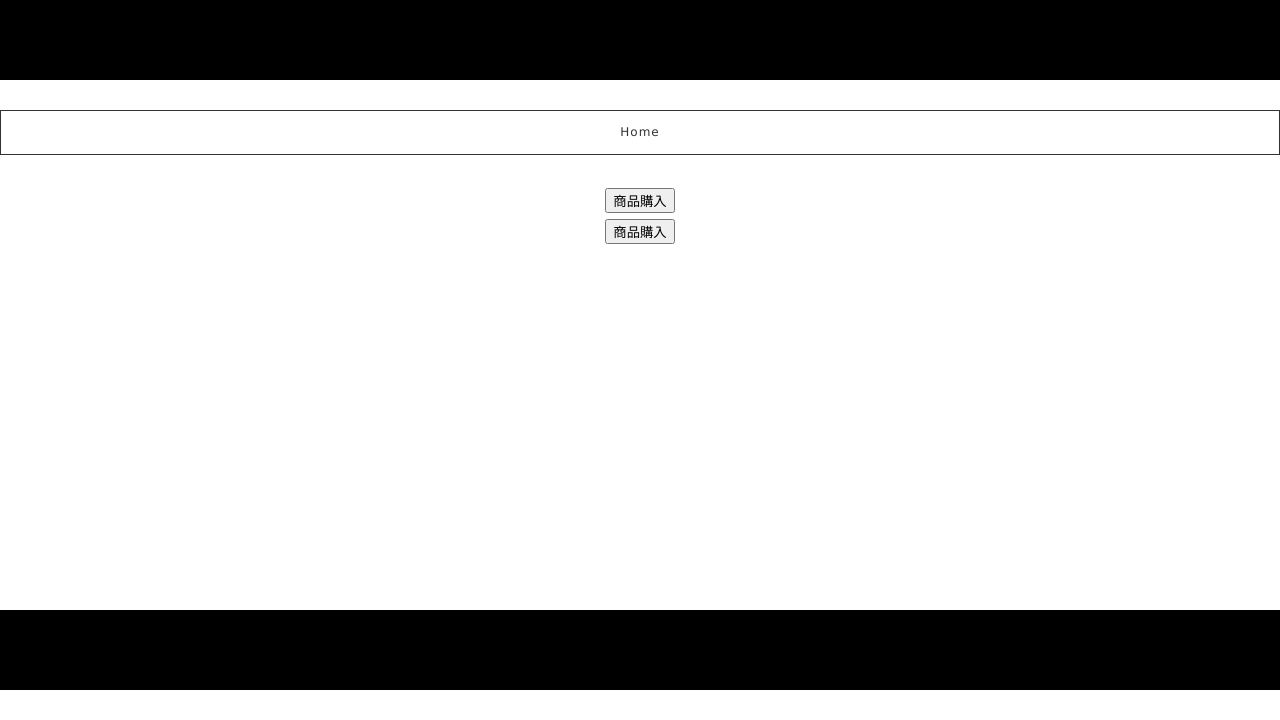
Repository: hirose0320/test
Page: http://localhost/ecsite/
The author's editor kept a copy of each file at every save. The page is drawn from the files as they stood at one save, then again after the next save.
The browser window is 1280 px wide. The pictures show the whole page.
The page is served by Tomcat 9. Other server files are loaded and not shown.

Above is the page before, as saved 2019-02-27 03:25:21.

### ecsite/WebContent/home.jsp
<%@ page language="java" contentType="text/html; charset=UTF-8"
	pageEncoding="UTF-8"%>
<%@ taglib prefix="s" uri="/struts-tags"%>
<!DOCTYPE html>
<html>
<head>
<meta http-equiv="Content-Type" content="text/html; charset=UTF-8" />
<meta http-equiv="Content-Style-Type" content="text/css" />
<meta http-equiv="Content-Script-Type" content="text/javascript" />
<meta http-equiv="imagetoolbar" content="no" />
<meta name="description" content="" />
<meta name="keywords" content="" />
<title>Home画面</title>

<style type="text/css">
body {
	margin: 0;
	padding: 0;
	line-height: 1.6;
	letter-spacing: 1px;
	font-family: Verdana, Helvetica, sans-serif;
	font-size: 12px;
	color: #333;
	background: #fff;
}

table {
	text-align: center;
	margin: 0 auto;
}

#top {
	width: 780ox;
	margin: 30px auto;
	border: 1px solid #333;
}

#header {
	width: 100%;
	height: 80px;
	background-color: black;
}

#main {
	width: 100%;
	height: 500px;
	text-align: center;
}

#footer {
	width: 100%;
	height: 80px;
	background-color: black;
	clear: both;
}

#text-center {
	display: inline-block;
	text-align: center;
}
</style>
</head>
<body>
	<div id="header">
		<div id="pr"></div>
	</div>
	<div id="main">
		<div id="top">
			<p>Home</p>
		</div>
		<div id="text-center">
			<s:form action="HomeAction">
				<s:submit value="商品購入" />
			</s:form>
			<s:form action="HomeAction">
				<s:submit value="商品購入" />
			</s:form>
			<s:if test="#session.id !=null">
				<p>
					ログアウトする場合は <a href='<s:url action="LogoutAction"/>'>こちら</a>
				</p>
			</s:if>
		</div>
	</div>
	<div id="footer">
		<div id="pr"></div>
	</div>
</body>
</html>

After the next save:
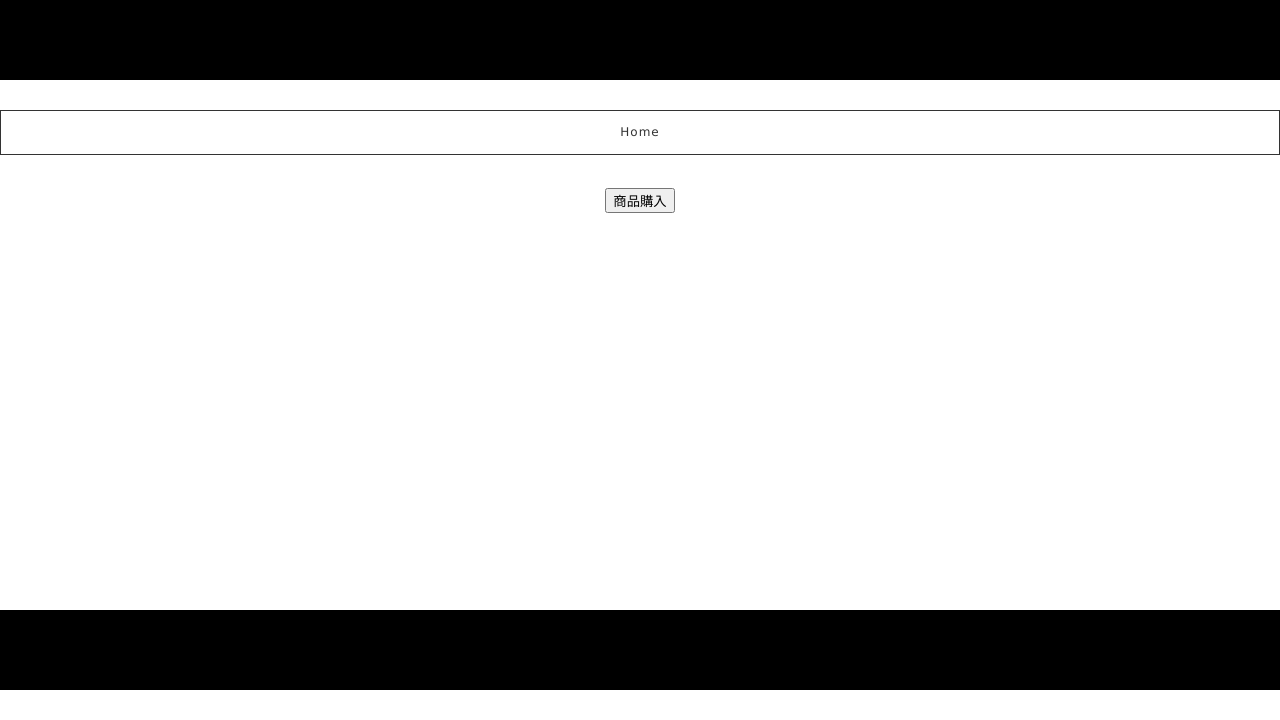
Saved 35 min 30 s later.
--- a/ecsite/WebContent/home.jsp
+++ b/ecsite/WebContent/home.jsp
@@ -72,9 +72,6 @@
 			<s:form action="HomeAction">
 				<s:submit value="商品購入" />
 			</s:form>
-			<s:form action="HomeAction">
-				<s:submit value="商品購入" />
-			</s:form>
 			<s:if test="#session.id !=null">
 				<p>
 					ログアウトする場合は <a href='<s:url action="LogoutAction"/>'>こちら</a>
